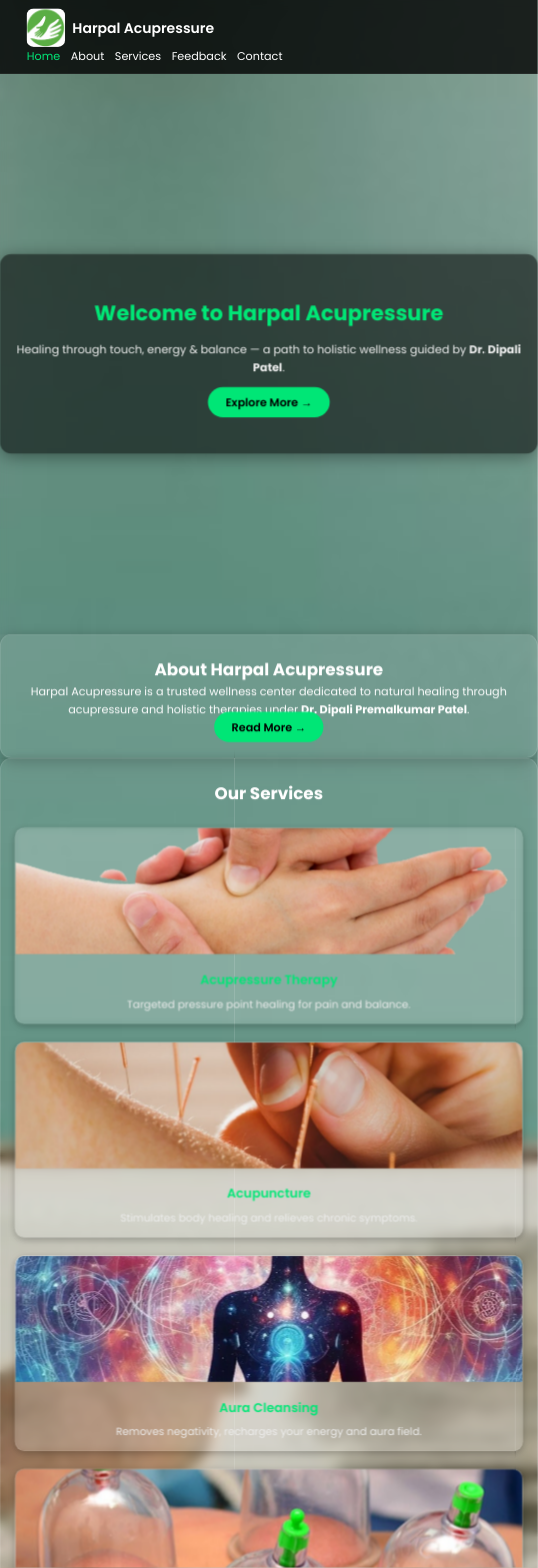
Repository: swasthiik/my-websites
Page: index.html
These files come from the project's save history. The page is drawn as it stood at one moment and after the next save; the edit follows.
The browser window is 768 px wide. The pictures show the part of the page from y = 0 to 2240 px (the page is 5386 px tall before and 5686 px after), at 70% of full size.

Above is the page before, as saved 2025-10-30 12:39:12.

### index.html
<!DOCTYPE html>
<html lang="en">
<head>
  <meta charset="UTF-8" />
  <meta name="viewport" content="width=device-width, initial-scale=1.0" />
  <title>Harpal Acupressure — Healing & Wellness</title>
  <link href="https://fonts.googleapis.com/css2?family=Poppins:wght@300;400;600;700&display=swap" rel="stylesheet">
  <link rel="icon" href="images/logo.jpg">
  <link rel="stylesheet" href="style.css">
</head>

<body>
  <!-- HEADER -->
  <header>
    <div class="logo-area">
      <img src="images/logo.jpg" alt="Harpal Acupressure Logo" class="logo">
      <h1 class="site-title">Harpal Acupressure</h1>
    </div>
    <nav class="nav-menu">
      <ul>
        <li><a href="index.html" class="active">Home</a></li>
        <li><a href="about.html">About</a></li>
        <li><a href="#services">Services</a></li>
        <li><a href="feedback.html">Feedback</a></li>
        <li><a href="#contact">Contact</a></li>
      </ul>
    </nav>
  </header>

  <!-- HERO -->
  <section id="hero">
    <div class="hero-overlay">
      <h1>Welcome to Harpal Acupressure</h1>
      <p>Healing through touch, energy & balance — a path to holistic wellness guided by <strong>Dr. Dipali Patel</strong>.</p>
      <a href="about.html" class="btn">Explore More →</a>
    </div>
  </section>

  <!-- ABOUT -->
  <section id="about-home" class="glass-section">
    <div class="section-card glass-card">
      <h2><strong>About Harpal Acupressure</strong></h2>
      <p>Harpal Acupressure is a trusted wellness center dedicated to natural healing through acupressure and holistic therapies under <strong>Dr. Dipali Premalkumar Patel</strong>.</p>
      <a href="about.html" class="btn">Read More →</a>
    </div>
  </section>

  <!-- SERVICES -->
  <section id="services" class="glass-section">
    <div class="section-card glass-card">
      <h2><strong>Our Services</strong></h2>
      <div class="services-grid">
        <div class="service-card"><img src="images/service1.jpg"><div class="svc-body"><div class="svc-title">Acupressure Therapy</div><div class="svc-text">Targeted pressure point healing for pain and balance.</div></div></div>

        <div class="service-card"><img src="images/service2.jpg"><div class="svc-body"><div class="svc-title">Acupuncture</div><div class="svc-text">Stimulates body healing and relieves chronic symptoms.</div></div></div>

        <div class="service-card"><img src="images/service3.jpg"><div class="svc-body"><div class="svc-title">Aura Cleansing</div><div class="svc-text">Removes negativity, recharges your energy and aura field.</div></div></div>

        <div class="service-card"><img src="images/service4.jpg"><div class="svc-body"><div class="svc-title">Cupping Therapy</div><div class="svc-text">Boost circulation, detox body & ease muscle tension.</div></div></div>

        <div class="service-card"><img src="images/service5.jpg"><div class="svc-body"><div class="svc-title">Casa Therapy</div><div class="svc-text">Balances posture, structure, and natural body alignment.</div></div></div>

        <div class="service-card"><img src="images/service6.jpg"><div class="svc-body"><div class="svc-title">Magnetic Therapy</div><div class="svc-text">Uses magnetic energy to stimulate healing and vitality.</div></div></div>

        <div class="service-card"><img src="images/service7.jpg"><div class="svc-body"><div class="svc-title">Su-Jok Therapy</div><div class="svc-text">Finger & foot pressure therapy for full-body energy balance.</div></div></div>

        <div class="service-card"><img src="images/service8.jpg"><div class="svc-body"><div class="svc-title">Color Therapy</div><div class="svc-text">Healing through colors to restore inner balance & calm.</div></div></div>

        <div class="service-card"><img src="images/service9.jpg"><div class="svc-body"><div class="svc-title">Seed Therapy</div><div class="svc-text">Natural seed pressure application for energy correction.</div></div></div>

        <div class="service-card"><img src="images/service10.jpg"><div class="svc-body"><div class="svc-title">Reiki Healing</div><div class="svc-text">Channel universal energy for deep relaxation & peace.</div></div></div>
      </div>
    </div>
  </section>

  <!-- CONTACT -->
  <section id="contact" class="glass-section">
    <div class="section-card glass-card">
      <div class="inner">
        <div class="contact-left">
          <h3>Connect on Social</h3>
          <div class="social-btns">
            <a href="https://www.instagram.com/harpal_acupressure/" target="_blank"><img src="images/instagram.png" alt="Instagram"></a>
            <a href="https://m.facebook.com/share/1GioYfoyAg/" target="_blank"><img src="images/facebook.png" alt="Facebook"></a>
          </div>

          <p class="email-line">Email: <a href="mailto:info@harpalaccupressure.com">info@harpalaccupressure.com</a></p>
          <div class="btn-area">
            <a class="btn btn-call" href="tel:+9189980455518">📞 Call</a>
            <a class="btn btn-wa" href="https://wa.me/918866556830" target="_blank">💬 WhatsApp</a>
          </div>
        </div>

        <div class="contact-center">
          <h3>Visit Us</h3>
          <p><strong>Clinic Address:</strong><br>Shop No. 3, Samanvay North Park,<br>Opp Darshanam King Square,<br>Ankodiya, Vadodara, Gujarat - 390016</p>
          <p><strong>Residence Address:</strong><br>401, Suryadarshan Apartment,<br>Opposite Navrachana School,<br>Akota, Vadodara, Gujarat - 390020</p>
          <p><a href="https://maps.app.goo.gl/6wJNQphf7XSe5wKk8" target="_blank">📍 Open in Google Maps</a></p>
        </div>

        <div class="quick-links">
          <h4>Quick Links</h4>
          <a href="index.html">🏠 Home</a><br>
          <a href="about.html">ℹ️ About</a><br>
          <a href="#services">💆 Services</a><br>
          <a href="feedback.html">💬 Feedback</a><br>
          <a href="#contact">📞 Contact</a>
        </div>
      </div>
      <div class="final-line">A PLACE OF HEALING, RELAXATION & HOLISTIC WELLNESS</div>
    </div>
  </section>

  <footer>© 2025 Harpal Acupressure. All Rights Reserved.</footer>
</body>
</html>

### style.css
/* ==== GLOBAL ==== */
* {
  margin: 0;
  padding: 0;
  box-sizing: border-box;
}

body {
  font-family: 'Poppins', sans-serif;
  background: url("images/background.jpg") no-repeat center center/cover;
  color: #fff;
  line-height: 1.6;
  backdrop-filter: blur(6px);
  overflow-x: hidden;
}

/* ==== HEADER ==== */
header {
  background: rgba(0, 0, 0, 0.8);
  color: #fff;
  display: flex;
  justify-content: space-between;
  align-items: center;
  padding: 12px 5%;
  position: sticky;
  top: 0;
  z-index: 1000;
  backdrop-filter: blur(10px);
  border-bottom: 1px solid rgba(255, 255, 255, 0.1);
}

.logo-area {
  display: flex;
  align-items: center;
  gap: 10px;
}

.logo {
  width: 55px;
  height: 55px;
  object-fit: cover;
  border-radius: 10px;
}

.site-title {
  font-weight: 600;
  font-size: 20px;
}

.nav-menu ul {
  list-style: none;
  display: flex;
  gap: 25px;
}

.nav-menu a {
  color: #fff;
  text-decoration: none;
  font-weight: 500;
  transition: color 0.3s, transform 0.2s;
}

.nav-menu a:hover,
.nav-menu a.active {
  color: #00e676;
  transform: scale(1.05);
}

/* ==== HERO SECTION ==== */
#hero {
  min-height: 100vh;
  display: flex;
  align-items: center;
  justify-content: center;
  text-align: center;
  position: relative;
}

.hero-overlay {
  background: rgba(0, 0, 0, 0.55);
  padding: 60px 20px;
  border-radius: 16px;
  max-width: 800px;
  backdrop-filter: blur(8px);
  box-shadow: 0 4px 25px rgba(0, 0, 0, 0.4);
}

#hero h1 {
  font-size: 42px;
  margin-bottom: 15px;
  color: #00e676;
}

#hero p {
  font-size: 18px;
  margin-bottom: 25px;
  color: #eee;
}

.btn {
  background: #00e676;
  color: #000;
  padding: 10px 25px;
  border-radius: 30px;
  text-decoration: none;
  font-weight: 600;
  transition: background 0.3s, transform 0.2s;
}

.btn:hover {
  background: #00c853;
  transform: translateY(-2px);
}

/* ==== GLASS SECTIONS ==== */
.glass-section {
  backdrop-filter: blur(15px);
  background: rgba(255, 255, 255, 0.05);
}

.glass-card {
  background: rgba(255, 255, 255, 0.08);
  border: 1px solid rgba(255, 255, 255, 0.15);
  color: #fff;
  border-radius: 16px;
  padding: 60px 5%;
  text-align: center;
  box-shadow: 0 4px 20px rgba(0, 0, 0, 0.25);
  transition: transform 0.3s;
}

.glass-card:hover {
  transform: translateY(-5px);
}

/* ==== SERVICES ==== */
.services-grid {
  display: grid;
  grid-template-columns: repeat(auto-fit, minmax(250px, 1fr));
  gap: 25px;
  margin-top: 30px;
}

.service-card {
  background: rgba(255, 255, 255, 0.1);
  border-radius: 14px;
  overflow: hidden;
  box-shadow: 0 3px 10px rgba(0, 0, 0, 0.25);
  transition: transform 0.3s, box-shadow 0.3s;
  backdrop-filter: blur(5px);
  border: 1px solid rgba(255, 255, 255, 0.15);
}

.service-card:hover {
  transform: translateY(-6px);
  box-shadow: 0 6px 20px rgba(0, 0, 0, 0.4);
}

.service-card img {
  width: 100%;
  height: 180px;
  object-fit: cover;
}

.svc-body {
  padding: 15px;
}

.svc-title {
  font-weight: 600;
  font-size: 18px;
  color: #00e676;
}

.svc-text {
  font-size: 15px;
  color: #eee;
  margin-top: 8px;
}

/* ==== CONTACT ==== */
#contact {
  background: rgba(0, 0, 0, 0.7);
  color: #eee;
  backdrop-filter: blur(10px);
  padding-top: 60px;
}

.inner {
  display: flex;
  flex-wrap: wrap;
  justify-content: space-between;
  text-align: left;
  gap: 30px;
}

.contact-left,
.contact-center,
.quick-links {
  flex: 1 1 280px;
}

.social-btns img {
  width: 35px;
  margin-right: 10px;
  transition: transform 0.2s;
}

.social-btns img:hover {
  transform: scale(1.1);
}

.email-line {
  margin: 15px 0;
}

.btn-area {
  display: flex;
  gap: 10px;
  flex-wrap: wrap;
}

.btn-call,
.btn-wa {
  background: #00e676;
  color: #000;
  border-radius: 25px;
  padding: 8px 18px;
  font-weight: 600;
  text-decoration: none;
  transition: background 0.3s, transform 0.2s;
}

.btn-call:hover,
.btn-wa:hover {
  background: #00c853;
  transform: translateY(-2px);
}

.quick-links a {
  color: #00e676;
  text-decoration: none;
  display: block;
  margin-bottom: 6px;
  transition: color 0.2s;
}

.quick-links a:hover {
  color: #fff;
  text-decoration: underline;
}

.final-line {
  text-align: center;
  color: #bbb;
  margin-top: 40px;
  font-size: 15px;
}

/* ==== FOOTER ==== */
footer {
  background: rgba(0, 0, 0, 0.9);
  color: #ccc;
  text-align: center;
  padding: 15px 0;
  font-size: 14px;
  backdrop-filter: blur(6px);
  border-top: 1px solid rgba(255, 255, 255, 0.1);
}

/* ==== RESPONSIVE ==== */
@media (max-width: 768px) {
  header {
    flex-direction: column;
    align-items: flex-start;
  }

  .nav-menu ul {
    flex-wrap: wrap;
    gap: 15px;
  }

  #hero h1 {
    font-size: 30px;
  }

  #hero p {
    font-size: 16px;
  }

  .services-grid {
    grid-template-columns: 1fr;
  }

  .inner {
    flex-direction: column;
  }

  .glass-card {
    padding: 30px 20px;
  }

  footer {
    font-size: 13px;
  }
}

After the next save:
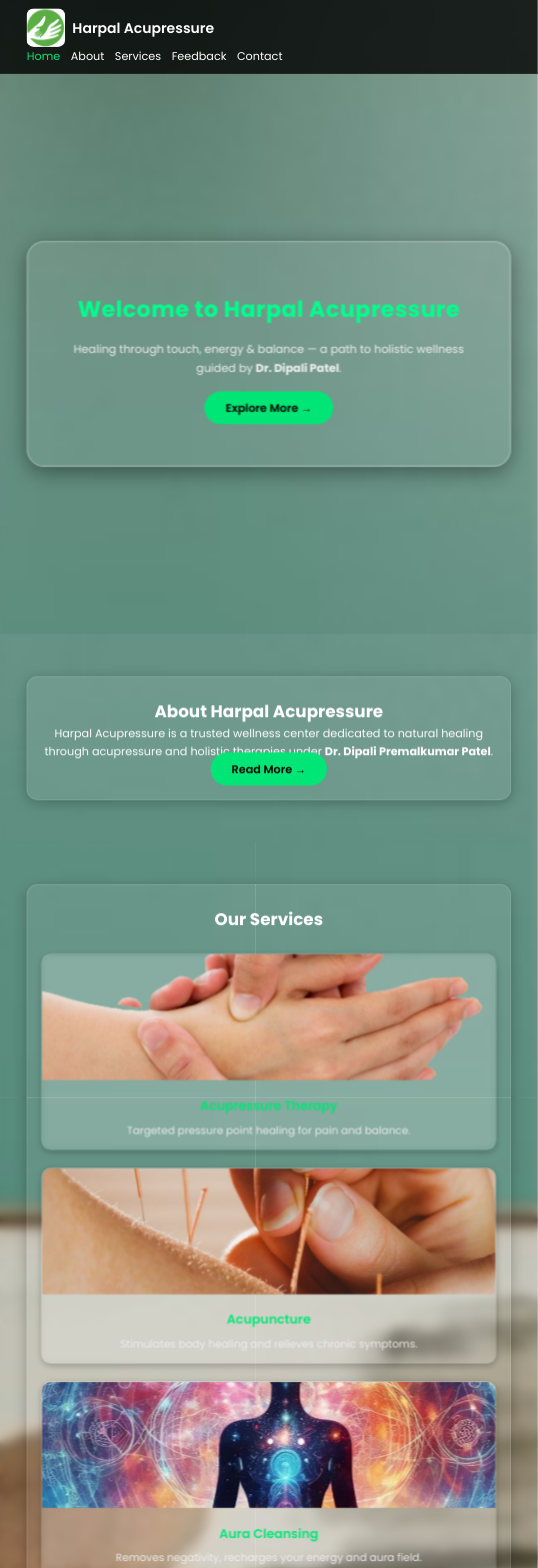
Saved 13 min 13 s later.
--- a/style.css
+++ b/style.css
@@ -74,48 +74,77 @@ header {
   justify-content: center;
   text-align: center;
   position: relative;
+  padding: 0 5%;
 }
 
 .hero-overlay {
-  background: rgba(0, 0, 0, 0.55);
-  padding: 60px 20px;
-  border-radius: 16px;
-  max-width: 800px;
-  backdrop-filter: blur(8px);
-  box-shadow: 0 4px 25px rgba(0, 0, 0, 0.4);
+  position: relative;
+  max-width: 850px;
+  padding: 70px 40px;
+  background: rgba(255, 255, 255, 0.08);
+  border: 2px solid rgba(255, 255, 255, 0.25);
+  border-radius: 25px;
+  backdrop-filter: blur(15px);
+  box-shadow: 0 8px 30px rgba(0, 0, 0, 0.4);
+  transition: all 0.4s ease;
+  animation: fadeInUp 1.2s ease forwards;
+}
+
+.hero-overlay:hover {
+  transform: translateY(-5px);
+  border-color: rgba(0, 255, 128, 0.8);
+  box-shadow: 0 12px 40px rgba(0, 255, 128, 0.3);
 }
 
 #hero h1 {
-  font-size: 42px;
-  margin-bottom: 15px;
-  color: #00e676;
+  font-size: 44px;
+  margin-bottom: 18px;
+  color: #00ff8c;
+  font-weight: 700;
+  letter-spacing: 0.5px;
 }
 
 #hero p {
-  font-size: 18px;
-  margin-bottom: 25px;
-  color: #eee;
+  font-size: 19px;
+  margin-bottom: 30px;
+  color: #f1f1f1;
+  line-height: 1.7;
 }
 
 .btn {
   background: #00e676;
   color: #000;
-  padding: 10px 25px;
+  padding: 12px 30px;
   border-radius: 30px;
   text-decoration: none;
   font-weight: 600;
-  transition: background 0.3s, transform 0.2s;
+  font-size: 16px;
+  transition: all 0.3s ease;
 }
 
 .btn:hover {
   background: #00c853;
-  transform: translateY(-2px);
+  transform: translateY(-3px) scale(1.03);
+  box-shadow: 0 6px 15px rgba(0, 255, 128, 0.3);
+}
+
+/* Smooth Hero Animation */
+@keyframes fadeInUp {
+  0% {
+    opacity: 0;
+    transform: translateY(40px);
+  }
+  100% {
+    opacity: 1;
+    transform: translateY(0);
+  }
 }
 
 /* ==== GLASS SECTIONS ==== */
 .glass-section {
   backdrop-filter: blur(15px);
   background: rgba(255, 255, 255, 0.05);
+  padding: 60px 5%;
 }
 
 .glass-card {
@@ -126,11 +155,12 @@ header {
   padding: 60px 5%;
   text-align: center;
   box-shadow: 0 4px 20px rgba(0, 0, 0, 0.25);
-  transition: transform 0.3s;
+  transition: transform 0.3s, border 0.3s;
 }
 
 .glass-card:hover {
   transform: translateY(-5px);
+  border-color: rgba(0, 255, 128, 0.5);
 }
 
 /* ==== SERVICES ==== */
@@ -281,7 +311,7 @@ footer {
   }
 
   #hero h1 {
-    font-size: 30px;
+    font-size: 32px;
   }
 
   #hero p {
